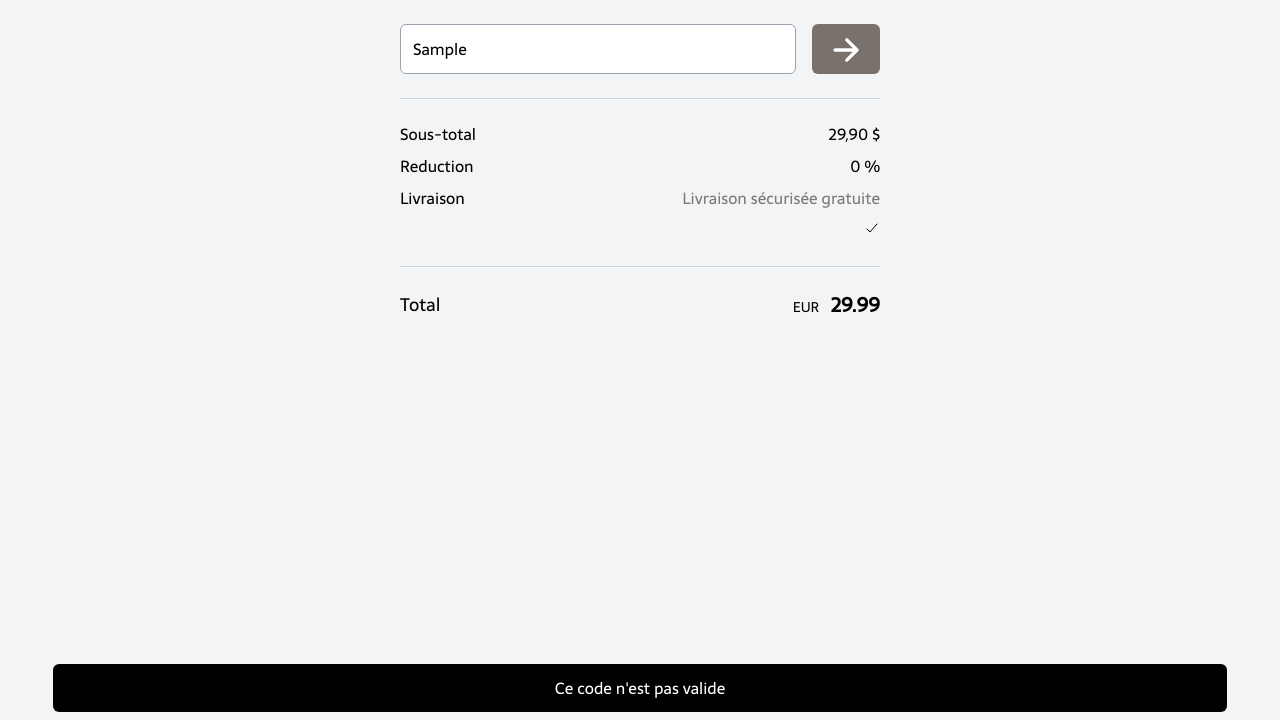
Repository: darlino/gotyu_shopify_section
Page: reduction_input210223/index.html
The author's editor kept a copy of each file at every save. The page is drawn from the files as they stood at one save, then again after the next save.
The browser window is 1280 px wide. The pictures show the whole page.
Empty fields were first filled with sample values (such as "Sample", 5 or name@example.com).
After loading, the first visible `button.px-2` was clicked once.
Some web libraries are served in a nearby version.

Above is the page before, as saved 2023-02-21 23:30:12.

### reduction_input210223/index.html
<!DOCTYPE html>
<html lang="en">
  <head>
    <meta charset="UTF-8" />
    <meta http-equiv="X-UA-Compatible" content="IE=edge" />
    <meta name="viewport" content="width=device-width, initial-scale=1.0" />
    <title>Document</title>
    <link rel="preconnect" href="https://fonts.googleapis.com" />
    <link rel="preconnect" href="https://fonts.gstatic.com" crossorigin />
    <link
      href="https://fonts.googleapis.com/css2?family=Sarala&display=swap"
      rel="stylesheet"
    />
    <link rel="stylesheet" href="style.css" />
    <script src="https://cdn.tailwindcss.com"></script>
    <script
      type="module"
      src="https://unpkg.com/ionicons@5.5.2/dist/ionicons/ionicons.esm.js"
    ></script>
    <script
      nomodule
      src="https://unpkg.com/ionicons@5.5.2/dist/ionicons/ionicons.js"
    ></script>
  </head>
  <body>
    <section id="reduction210223">
      <div
        class="max-w-[1300px] relative h-screen flex flex-col mx-auto bg-gray-100"
      >
        <div
          class="flex flex-col space-y-6 md:px-20 px-8 py-6 mx-auto md:w-1/2 w-full"
        >
          <div id="form" class="form flex flex-row justify-between space-x-4">
            <input
              type="text"
              id="reduction"
              name="reduction"
              class="px-3 w-5/6 py-2 border outline-none border-1 border-gray-400 bg-white rounded-md"
              placeholder="Code de réduction"
            />
            <button
              type="button"
              onclick="checkCoupon()"
              class="px-2 w-1/6 py-1 bg-stone-500 rounded-md text-center"
            >
              <ion-icon
                name="arrow-forward-outline"
                class="text-4xl bg-none text-white relative top-1"
              ></ion-icon>
            </button>
          </div>
          <div class="w-full h-[.25px] bg-slate-300"></div>
          <div class="flex flex-col space-y-2">
            <div class="flex flex-row justify-between">
              <p class="text-md">Sous-total</p>
              <p class="text-md">29,90 $</p>
            </div>
            <div class="flex flex-row justify-between">
              <p class="text-md">Reduction</p>
              <p class="text-md"><span id="reductionCode">  </span> %</p>
            </div>
            <div class="flex flex-row justify-between">
              <p class="text-md">Livraison</p>
              <div class="flex flex-col space-y-2">
                <p class="text-md text-black/50">
                  Livraison sécurisée gratuite
                </p>
                <span class="text-right">
                  <ion-icon name="checkmark-outline"></ion-icon>
                </span>
              </div>
            </div>
          </div>
          <div class="w-full h-[.25px] bg-slate-300"></div>
          <div class="flex flex-row justify-between">
            <p class="text-lg">Total</p>
            <p class="text-xl">
              <span class="px-2 text-sm"> EUR </span> <span id="price" class="font-bold"> $
            </p>
          </div>
          <div
            id="error-message"
            class="absolute hidden error-message bottom-2 left-1 right-1 rounded-md mx-auto px-10 p-3 bg-black text-center w-11/12 text-white"
          >
            Ce code n'est pas valide
          </div>
        </div>
      </div>
    </section>
    <script type="text/javascript">
      const promoCoupons = [
        {
          name: "abra",
          code: 20,
        },
        {
          name: "bonjour",
          code: 40,
        },
        {
          name: "cafe",
          code: 15,
        },
        {
          name: "dalton",
          code: 50,
        },
      ];
      let reductionCode = document.getElementById("reductionCode");
      let price = document.getElementById("price");

      let defaultPrice = 29.99;
      price.innerHTML = defaultPrice;
      reductionCode.innerHTML = 0;

      function checkCoupon() {
        let inputValue = document.getElementById("reduction");
        let error_message = document.getElementById("error-message");


        const promo = promoCoupons.filter(
          (coupon) => coupon.name === inputValue.value
        );

        if( promo.length === 0 ){
          price.innerHTML = defaultPrice;
          reductionCode.innerHTML = 0;

          error_message.style.display = "block"
          setTimeout(() => {
            error_message.style.display = "none"
          }, 3000)
        }
        else {
          let code = promo[0].code
          let totalPrice = defaultPrice * code/100
          price.innerHTML = totalPrice.toFixed(2)
          reductionCode.innerHTML = code
          console.log(code)

        }
      }
    </script>
  </body>
</html>

### reduction_input210223/style.css
* {
  margin: 0;
  padding: 0;
  font-family: "Sarala", sans-serif;
  overflow: hidden;
}
#reduction {
  width: 100%;
  height: 100%;
}

After the next save:
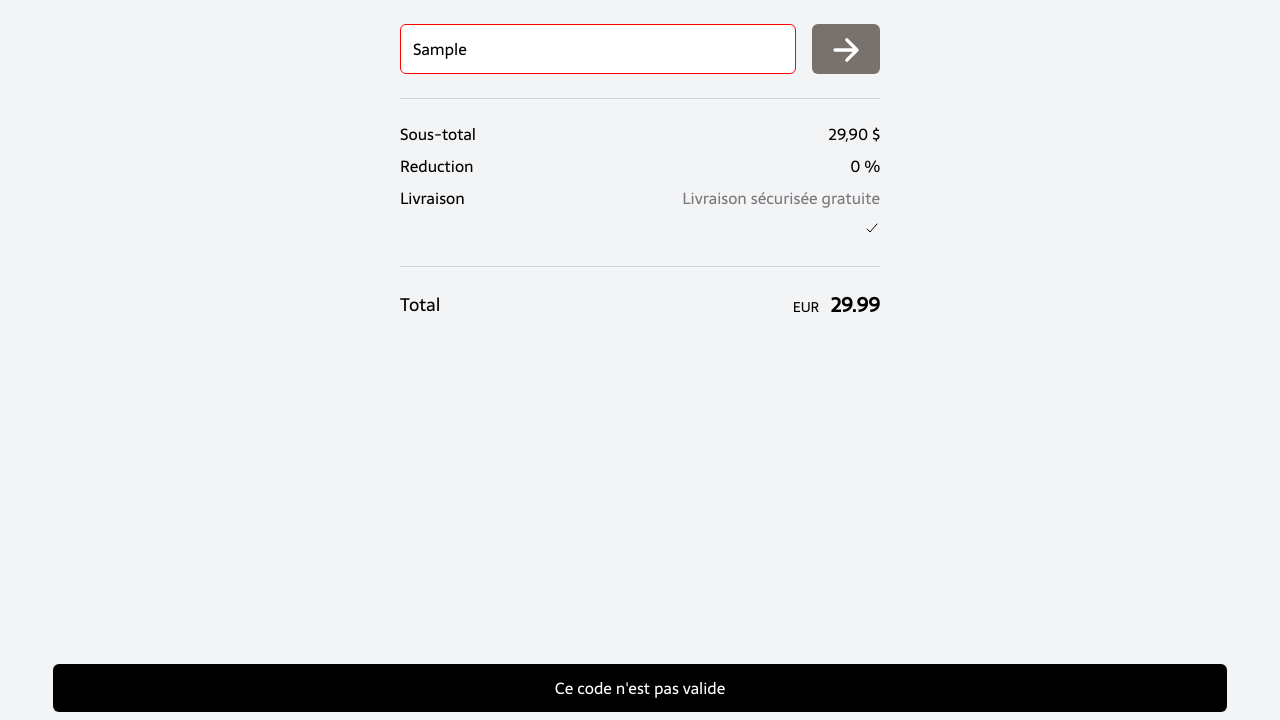
Saved 19 s later.
--- a/reduction_input210223/index.html
+++ b/reduction_input210223/index.html
@@ -125,7 +125,7 @@
         if( promo.length === 0 ){
           price.innerHTML = defaultPrice;
           reductionCode.innerHTML = 0;
-
+          inputValue.style.borderColor = 'red'
           error_message.style.display = "block"
           setTimeout(() => {
             error_message.style.display = "none"
